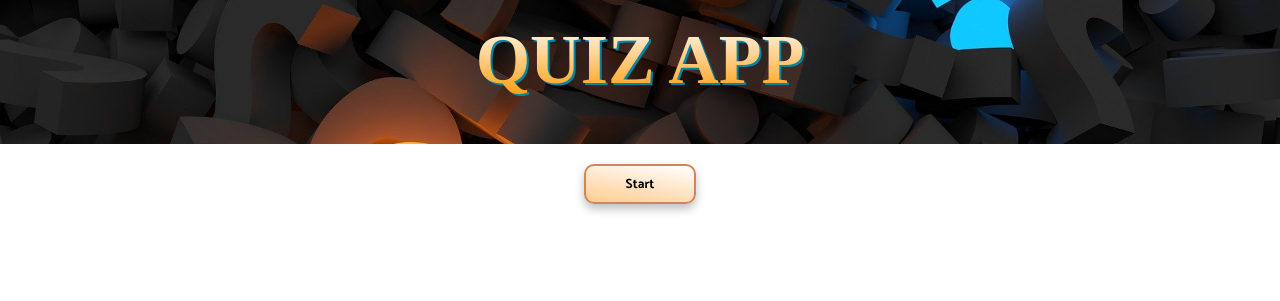
Repository: KrzysKolo/quizAPP
Page: /
An editor plug-in stored every save of this project. The page is shown before and after a run of saves, followed by the edit.
The browser window is 1280 px wide. The pictures show the whole page.
The project was rebuilt for these pictures with package versions that can differ from the ones it lists, and the page was loaded fresh each time. Also part of the build but not shown: src/components/QuestionCard.style.ts, src/components/QuestionCard.tsx.

Above is the page before, as saved 2021-04-25 00:34:52.

After the next 6 saves:
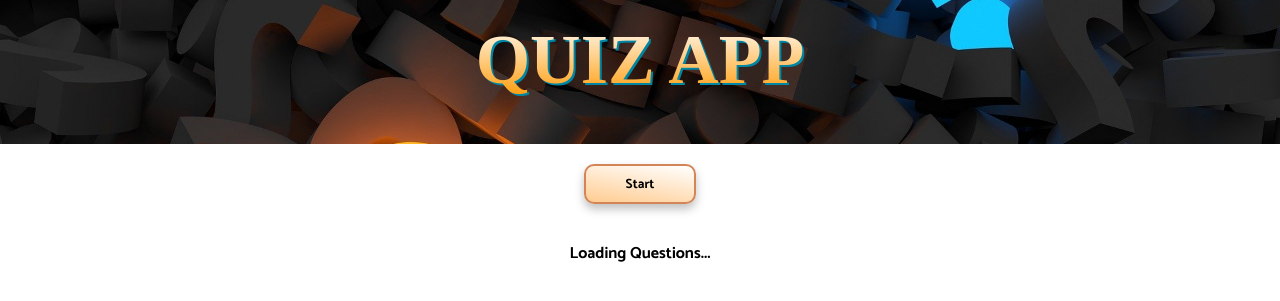
The 6 saves are shown as one change because 5 did not build or start.
The last was saved 5 min 43 s later.
--- a/src/App.tsx
+++ b/src/App.tsx
@@ -63,6 +63,12 @@
     }
 
   };
+  useEffect(() => {
+    setTimeout(() => {
+      setLoading(true);
+    }, 2000)
+  }, []);
+
 
   return (
     <>
@@ -77,6 +83,8 @@
         </button>
       ): null}
         {!gameOver ? <p className="score">Score: {score} </p> : null}
+
+
 
       { loading && <p >Loading Questions... </p>  }
       { !loading && !gameOver && (<QuestionCard
--- a/src/App.style.ts
+++ b/src/App.style.ts
@@ -26,6 +26,7 @@ export const Wrapper = styled.div`
   display: flex;
   flex-direction: column;
   align-items: center;
+
   > p {
     color: #000;
   }

After the save that followed:
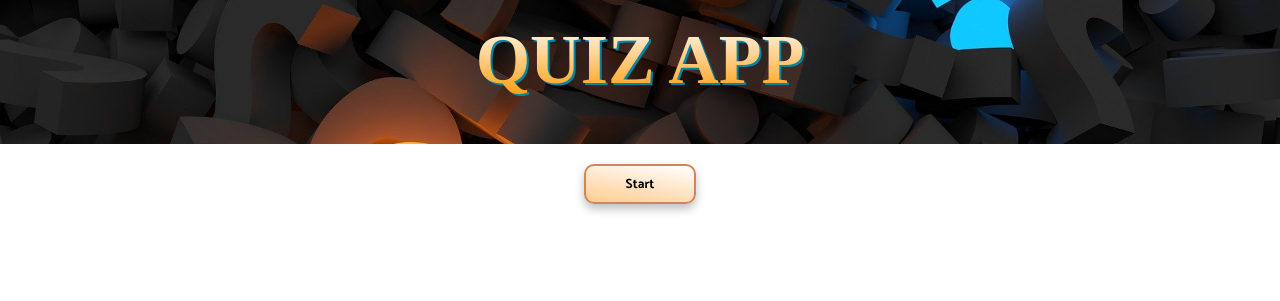
Saved 53 s later.
--- a/src/App.tsx
+++ b/src/App.tsx
@@ -63,14 +63,7 @@
     }
 
   };
-  useEffect(() => {
-    setTimeout(() => {
-      setLoading(true);
-    }, 2000)
-  }, []);
-
-
-  return (
+   return (
     <>
       <GlobalStyle />
       <Wrapper>
